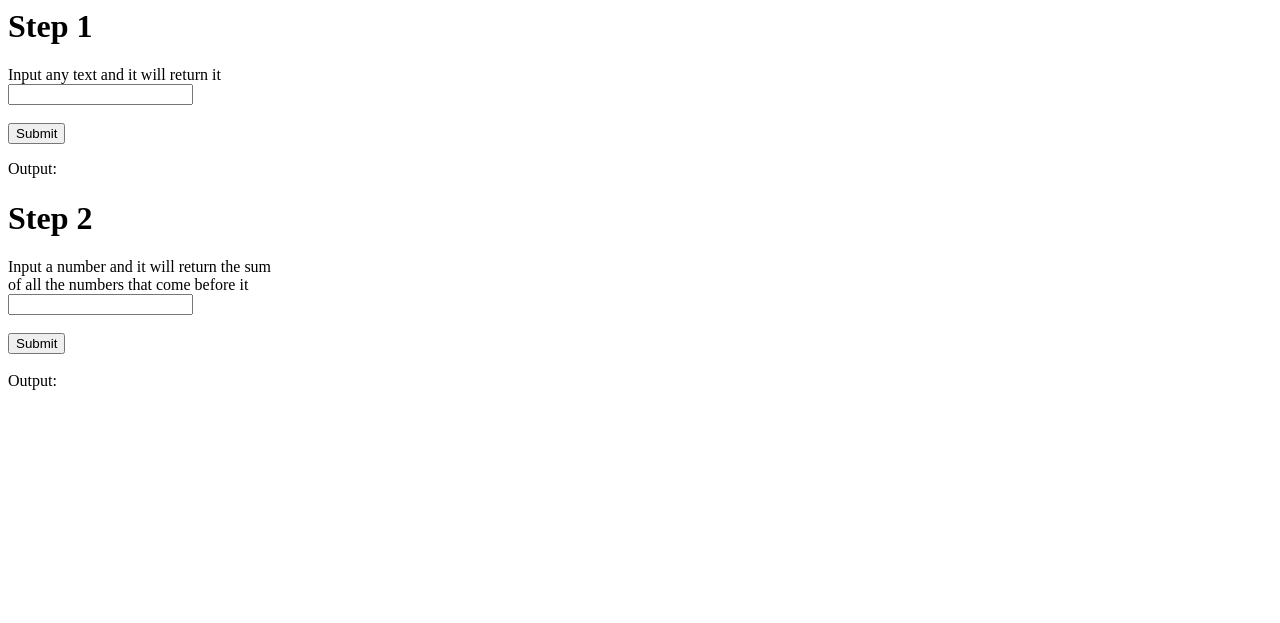
Repository: jknudsen97/WDD-330-Portfolio
Page: week02/index.html
The author's editor kept a copy of each file at every save. The page is drawn from the files as they stood at one save, then again after the next save.
The browser window is 1280 px wide. The pictures show the whole page.

Above is the page before, as saved 2021-09-23 16:05:32.

### week02/index.html
<html lang="en">
    <head>
        <meta charset="UTF-8">
        <meta name="viewport" content="width=device-width, initial-scale=1.0">
        <title>W02 TeamActivity</title>
    </head>
    <body>
        <h1>Step 1</h1>
        <form action="submit" title="submit">
            <label>Input any text and it will return it</label><br>
            <input type="text" id="textInput"><br><br>
            <button type="button" id="textButton" value="Submit"
                onclick = "readForm()">Submit</button><br>
        </form>
        <div id="div1">
            <label>Output:</label>
        </div>
        <h1>Step 2</h1>
        <form action="submit" title="submit">
            <label>Input a number and it will return the sum <br>
                of all the numbers that come before it</label><br>
            <input type="number" id="inputNum"><br><br>
            <button type="button" id="addnumButton" value="submit"
                onclick = "addNum()">Submit</button><br><br>
            <div id="div2">
                <label>Output:</label>
            </div>
        </form>
        <script>
            function readForm(){
                var inputData = document.getElementById("textInput").value;
                const div1 = document.getElementById("div1");
                div1.innerText = "Output: " + inputData;
            }
            function addNum(){
                var inputNum = document.getElementById("inputNum").value;
                var totalSum = 0;
                for(let i=0; i<=inputNum; i++){
                    totalSum += i;
                }
                const div2 = document.getElementById("div2");
                div2.innerText = "Output: " + totalSum;
            }
        </script>
    </body>
</html>

After the next save:
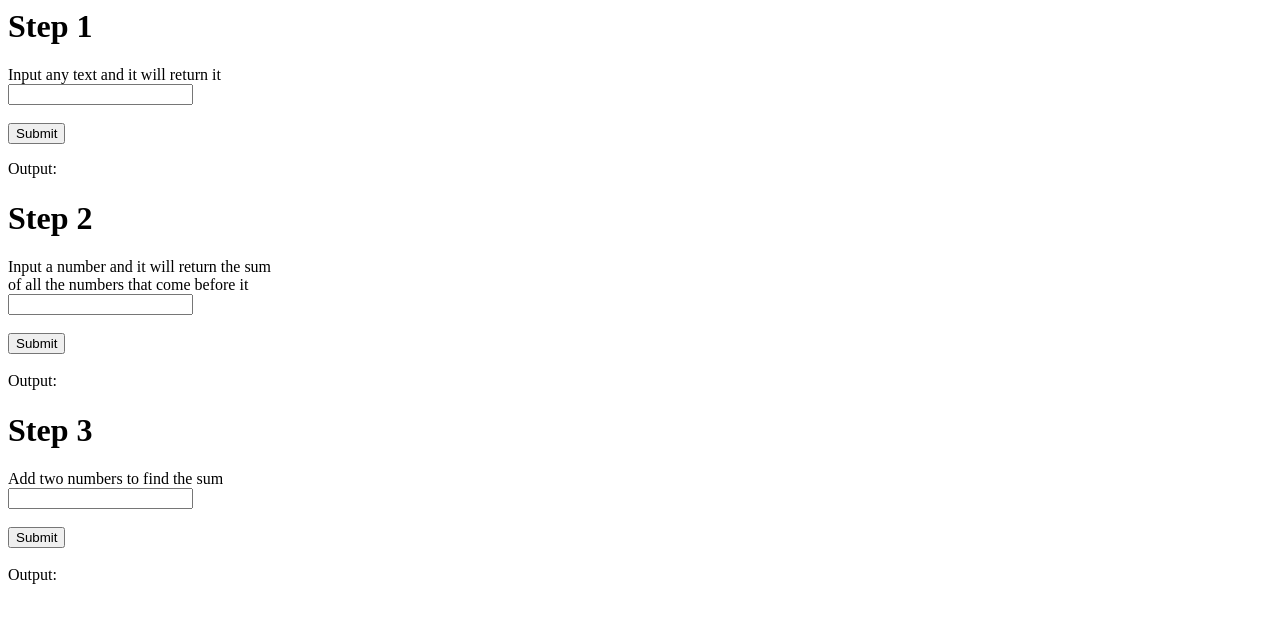
Saved 9 min 47 s later.
--- a/week02/index.html
+++ b/week02/index.html
@@ -21,7 +21,17 @@
                 of all the numbers that come before it</label><br>
             <input type="number" id="inputNum"><br><br>
             <button type="button" id="addnumButton" value="submit"
-                onclick = "addNum()">Submit</button><br><br>
+                onclick = "sumNum()">Submit</button><br><br>
+            <div id="div2">
+                <label>Output:</label>
+            </div>
+        </form>
+        <h1>Step 3</h1>
+        <form action="submit" title="submit">
+            <label>Add two numbers to find the sum</label><br>
+            <input type="number" id="inputNum"><br><br>
+            <button type="button" id="addnumButton" value="submit"
+                onclick = "sumNum()">Submit</button><br><br>
             <div id="div2">
                 <label>Output:</label>
             </div>
@@ -32,7 +42,7 @@
                 const div1 = document.getElementById("div1");
                 div1.innerText = "Output: " + inputData;
             }
-            function addNum(){
+            function sumNum(){
                 var inputNum = document.getElementById("inputNum").value;
                 var totalSum = 0;
                 for(let i=0; i<=inputNum; i++){
@@ -41,6 +51,15 @@
                 const div2 = document.getElementById("div2");
                 div2.innerText = "Output: " + totalSum;
             }
+
+            function addNum(){
+                var inputNum1 = document.getElementById("inputNum1").value;
+                var inputNum2 = document.getElementById("inputNum2").value;
+                var totalNUm = inputNum1 + inputNum2;
+
+                const div3 = document.getElementById("div3");
+                div3.innerHTML = "Output: " +totalNum;
+            }
         </script>
     </body>
 </html>
